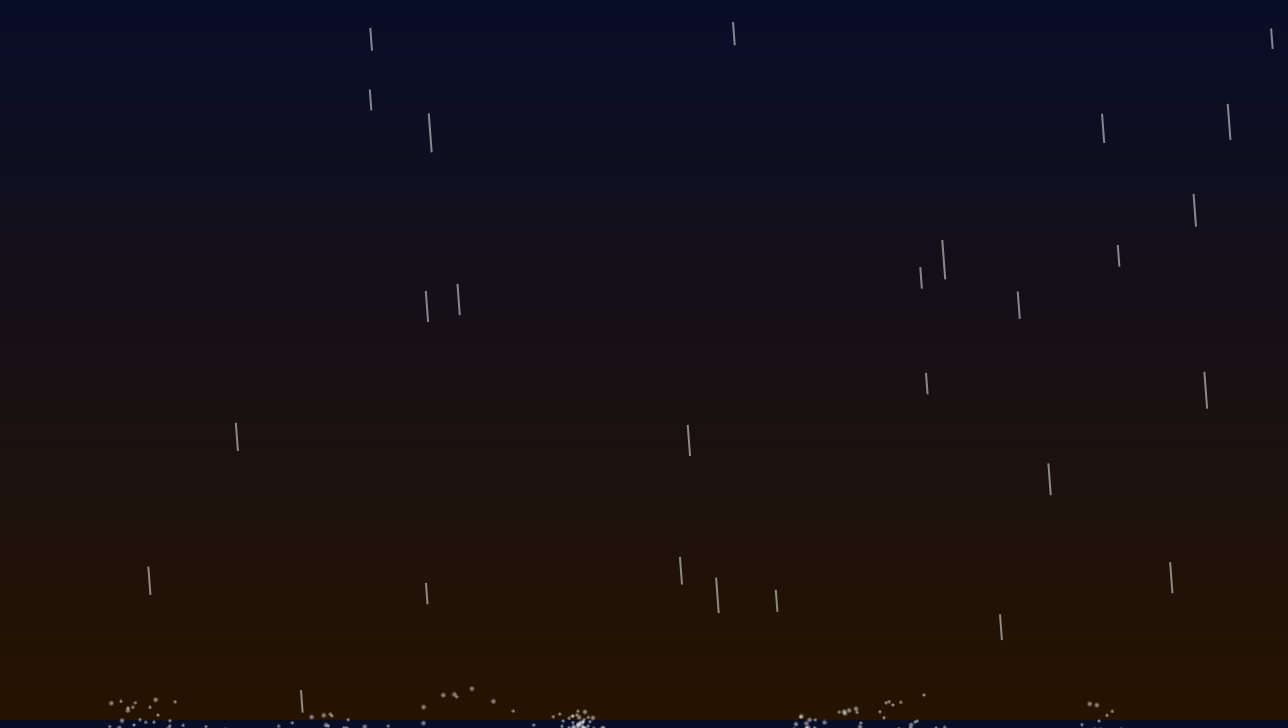
Repository: lucasthaynan/chuvas-estadao
Page: index.html
An editor plug-in stored every save of this project. The page is shown before and after the next save, followed by the edit.
The browser window is 1280 px wide. The page is 1288 px wide, so the pictures cover 1288 px, including what lies to the right of the window. The pictures show the whole page.

Above is the page before, as saved 2023-02-23 18:20:20.
Console error: ReferenceError: dat is not defined

### index.html
<!DOCTYPE html>
<html lang="en">
<head>
    <meta charset="UTF-8">
    <meta http-equiv="X-UA-Compatible" content="IE=edge">
    <meta name="viewport" content="width=device-width, initial-scale=1.0">
    <link rel="stylesheet" href="./style.css">
    <title>Document</title>
</head>
<body>

    <div id="instructions"></div>
    <canvas id="canvas">Canvas is not supported in your browser</canvas>

    <script src="./main.js"></script>
</body>
</html>

### style.css
html, body, canvas, #instructions {
	position: absolute;
	width: 100%;
	height: 100%;
}
body {
background: -moz-linear-gradient(top,  rgba(8,13,40,1) 0%, rgba(38,19,0,1) 100%); /* FF3.6-15 */
background: linear-gradient(to bottom,  rgb(37 46 93) 0%,hsl(242deg 80% 60% / 93%) 100%);
background: -webkit-linear-gradient(top,  rgba(8,13,40,1) 0%,rgba(38,19,0,1) 100%); /* Chrome10-25,Safari5.1-6 */
/* background: linear-gradient(to bottom,  rgba(8,13,40,1) 0%,rgba(38,19,0,1) 100%); W3C, IE10+, FF16+, Chrome26+, Opera12+, Safari7+ */
}

#instructions {
	opacity: 1;
	transition: opacity 2s;
	background-repeat: no-repeat;
	background-position: center center;
	background-size: contain;
	/* background-image: url(data:[embedded picture, 1818 characters]);
	 */
	@media (max-height: 400px) {
		display: none;
	}
}

### main.js
// Falling rain simulation using 2D canvas
// - vanilla JS, no frameworks
// - framerate independent physics
// - slow-mo / fast-forward support via demo.speed
// - supports high-DPI screens
// - falling rain particles are drawn as vector lines
// - splash particles are lazily pre-rendered so gradients aren't computed each frame
// - all particles make use of object pooling to further boost performance

// initialize
document.addEventListener("DOMContentLoaded", function() {
	demo.init();
	window.addEventListener('resize', demo.resize);
});

// demo namespace
var demo = {
	// CUSTOMIZABLE PROPERTIES
	// - physics speed multiplier: allows slowing down or speeding up simulation
	speed: 1,
	// - color of particles
	color: {
		r: '255',
		g: '255',
		b: '255',
		a: '0.5'
	},

	// END CUSTOMIZATION
	// whether demo is running
	started: false,
	// canvas and associated context references
	canvas: null,
	ctx: null,
	// viewport dimensions (DIPs)
	width: 0,
	height: 0,
	// devicePixelRatio alias (should only be used for rendering, physics shouldn't care)
	dpr: window.devicePixelRatio || 1,
	// time since last drop
	drop_time: 0,
	// ideal time between drops (changed with mouse/finger)
	drop_delay: 25,
	// wind applied to rain (changed with mouse/finger)
	wind: 2,
	// color of rain (set in init)
	rain_color: null,
	rain_color_clear: null,
	// rain particles
	rain: [],
	rain_pool: [],
	// rain droplet (splash) particles
	drops: [],
	drop_pool: []
};

// demo initialization (should only run once)
demo.init = function() {
	if (!demo.started) {
		demo.started = true;
		demo.canvas = document.getElementById('canvas');
		demo.ctx = demo.canvas.getContext('2d');
		var c = demo.color;
		demo.rain_color = 'rgba(' + c.r + ',' + c.g + ',' + c.b + ',' + c.a + ')';
		demo.rain_color_clear = 'rgba(' + c.r + ',' + c.g + ',' + c.b + ',0)';
		demo.resize();
		Ticker.addListener(demo.step);

		//
		const gui = new dat.GUI();
		gui.add(demo, 'speed', 0.2, 2);

		// fade out instructions after a few seconds
		var instructions = document.getElementById('instructions');
		setTimeout(function() {
			instructions.style.opacity = 0;
			setTimeout(function(){
				instructions.parentNode.removeChild(instructions);
			}, 2000);
		}, 4000);
	}
}

// (re)size canvas (clears all particles)
demo.resize = function() {
	// localize common references
	var rain = demo.rain;
	var drops = demo.drops;
	// recycle particles
	for (var i = rain.length - 1; i >= 0; i--) {
			rain.pop().recycle();
	}
	for (var i = drops.length - 1; i >= 0; i--) {
			drops.pop().recycle();
	}
	// resize
	demo.width = window.innerWidth;
	demo.height = window.innerHeight;
	demo.canvas.width = demo.width * demo.dpr;
	demo.canvas.height = demo.height * demo.dpr;
}

demo.step = function(time, lag) {
	// localize common references
	var demo = window.demo;
	var speed = demo.speed;
	var width = demo.width;
	var height = demo.height;
	var wind = demo.wind;
	var rain = demo.rain;
	var rain_pool = demo.rain_pool;
	var drops = demo.drops;
	var drop_pool = demo.drop_pool;

	// multiplier for physics
	var multiplier = speed * lag;

	// spawn drops
	demo.drop_time += time * speed;
	while (demo.drop_time > demo.drop_delay) {
		demo.drop_time -= demo.drop_delay;
		var new_rain = rain_pool.pop() || new Rain();
		new_rain.init();
		var wind_expand = Math.abs(height / new_rain.speed * wind); // expand spawn width as wind increases
		var spawn_x = Math.random() * (width + wind_expand);
		if (wind > 0) spawn_x -= wind_expand;
		new_rain.x = spawn_x;
		rain.push(new_rain);
	}

	// rain physics
	for (var i = rain.length - 1; i >= 0; i--) {
		var r = rain[i];
		r.y += r.speed * r.z * multiplier;
		r.x += r.z * wind * multiplier;
		// remove rain when out of view
		if (r.y > height) {
			// if rain reached bottom of view, show a splash
			r.splash();
		}
		// recycle rain
		if (r.y > height + Rain.height * r.z || (wind < 0 && r.x < wind) || (wind > 0 && r.x > width + wind)) {
			r.recycle();
			rain.splice(i, 1);
		}
	}

	// splash drop physics
	var drop_max_speed = Drop.max_speed;
	for (var i = drops.length - 1; i >= 0; i--) {
		var d = drops[i];
		d.x += d.speed_x * multiplier;
		d.y += d.speed_y * multiplier;
		// apply gravity - magic number 0.3 represents a faked gravity constant
		d.speed_y += 0.3 * multiplier;
		// apply wind (but scale back the force)
		d.speed_x += wind / 25 * multiplier;
		if (d.speed_x < -drop_max_speed) {
			d.speed_x = -drop_max_speed;
		}else if (d.speed_x > drop_max_speed) {
			d.speed_x = drop_max_speed;
		}
		// recycle
		if (d.y > height + d.radius) {
			d.recycle();
			drops.splice(i, 1);
		}
	}

	demo.draw();
}

demo.draw = function() {
	// localize common references
	var demo = window.demo;
	var width = demo.width;
	var height = demo.height;
	var dpr = demo.dpr;
	var rain = demo.rain;
	var drops = demo.drops;
	var ctx = demo.ctx;

	// start fresh
	ctx.clearRect(0, 0, width*dpr, height*dpr);

	// draw rain (trace all paths first, then stroke once)
	ctx.beginPath();
	var rain_height = Rain.height * dpr;
	for (var i = rain.length - 1; i >= 0; i--) {
		var r = rain[i];
		var real_x = r.x * dpr;
		var real_y = r.y * dpr;
		ctx.moveTo(real_x, real_y);
		// magic number 1.5 compensates for lack of trig in drawing angled rain
		ctx.lineTo(real_x - demo.wind * r.z * dpr * 1.5, real_y - rain_height * r.z);
	}
	ctx.lineWidth = Rain.width * dpr;
	ctx.strokeStyle = demo.rain_color;
	ctx.stroke();

	// draw splash drops (just copy pre-rendered canvas)
	for (var i = drops.length - 1; i >= 0; i--) {
		var d = drops[i];
		var real_x = d.x * dpr - d.radius;
		var real_y = d.y * dpr - d.radius;
		ctx.drawImage(d.canvas, real_x, real_y);
	}
}


// Rain definition
function Rain() {
	this.x = 0;
	this.y = 0;
	this.z = 0;
	this.speed = 25;
	this.splashed = false;
}
Rain.width = 2;
Rain.height = 40;
Rain.prototype.init = function() {
	this.y = Math.random() * -100;
	this.z = Math.random() * 0.5 + 0.5;
	this.splashed = false;
}
Rain.prototype.recycle = function() {
	demo.rain_pool.push(this);
}
// recycle rain particle and create a burst of droplets
Rain.prototype.splash = function() {
	if (!this.splashed) {
		this.splashed = true;
		var drops = demo.drops;
		var drop_pool = demo.drop_pool;

		for (var i=0; i<16; i++) {
			var drop = drop_pool.pop() || new Drop();
			drops.push(drop);
			drop.init(this.x);
		}
	}
}


// Droplet definition
function Drop() {
	this.x = 0;
	this.y = 0;
	this.radius = Math.round(Math.random() * 2 + 1) * demo.dpr;
	this.speed_x = 0;
	this.speed_y = 0;
	this.canvas = document.createElement('canvas');
	this.ctx = this.canvas.getContext('2d');

	// render once and cache
	var diameter = this.radius * 2;
	this.canvas.width = diameter;
	this.canvas.height = diameter;

	var grd = this.ctx.createRadialGradient(this.radius, this.radius , 1, this.radius, this.radius, this.radius);
	grd.addColorStop(0, demo.rain_color);
	grd.addColorStop(1, demo.rain_color_clear);
	this.ctx.fillStyle = grd;
	this.ctx.fillRect(0, 0, diameter, diameter);
}

Drop.max_speed = 5;

Drop.prototype.init = function(x) {
	this.x = x;
	this.y = demo.height;
	var angle = Math.random() * Math.PI - (Math.PI * 0.5);
	var speed = Math.random() * Drop.max_speed;
	this.speed_x = Math.sin(angle) * speed;
	this.speed_y = -Math.cos(angle) * speed;
}
Drop.prototype.recycle = function() {
	demo.drop_pool.push(this);
}




// handle interaction
demo.mouseHandler = function(evt) {
	demo.updateCursor(evt.clientX, evt.clientY);
}
demo.touchHandler = function(evt) {
	evt.preventDefault();
	var touch = evt.touches[0];
	demo.updateCursor(touch.clientX, touch.clientY);
}
demo.updateCursor = function(x, y) {
	x /= demo.width;
	y /= demo.height;
	var y_inverse = (1 - y);

	demo.drop_delay = y_inverse*y_inverse*y_inverse * 100 + 2;
	demo.wind = (x - 0.5) * 50;
}

document.addEventListener('mousemove', demo.mouseHandler);
document.addEventListener('touchstart', demo.touchHandler);
document.addEventListener('touchmove', demo.touchHandler);



// Frame ticker helper module
var Ticker = (function(){
	var PUBLIC_API = {};

	// public
	// will call function reference repeatedly once registered, passing elapsed time and a lag multiplier as parameters
	PUBLIC_API.addListener = function addListener(fn) {
		if (typeof fn !== 'function') throw('Ticker.addListener() requires a function reference passed in.');

		listeners.push(fn);

		// start frame-loop lazily
		if (!started) {
			started = true;
			queueFrame();
		}
	};

	// private
	var started = false;
	var last_timestamp = 0;
	var listeners = [];
	// queue up a new frame (calls frameHandler)
	function queueFrame() {
		if (window.requestAnimationFrame) {
			requestAnimationFrame(frameHandler);
		} else {
			webkitRequestAnimationFrame(frameHandler);
		}
	}
	function frameHandler(timestamp) {
		var frame_time = timestamp - last_timestamp;
		last_timestamp = timestamp;
		// make sure negative time isn't reported (first frame can be whacky)
		if (frame_time < 0) {
			frame_time = 17;
		}
		// - cap minimum framerate to 15fps[~68ms] (assuming 60fps[~17ms] as 'normal')
		else if (frame_time > 68) {
			frame_time = 68;
		}

		// fire custom listeners
		for (var i = 0, len = listeners.length; i < len; i++) {
			listeners[i].call(window, frame_time, frame_time / 16.67);
		}

		// always queue another frame
		queueFrame();
	}

	return PUBLIC_API;
}());

After the next save:
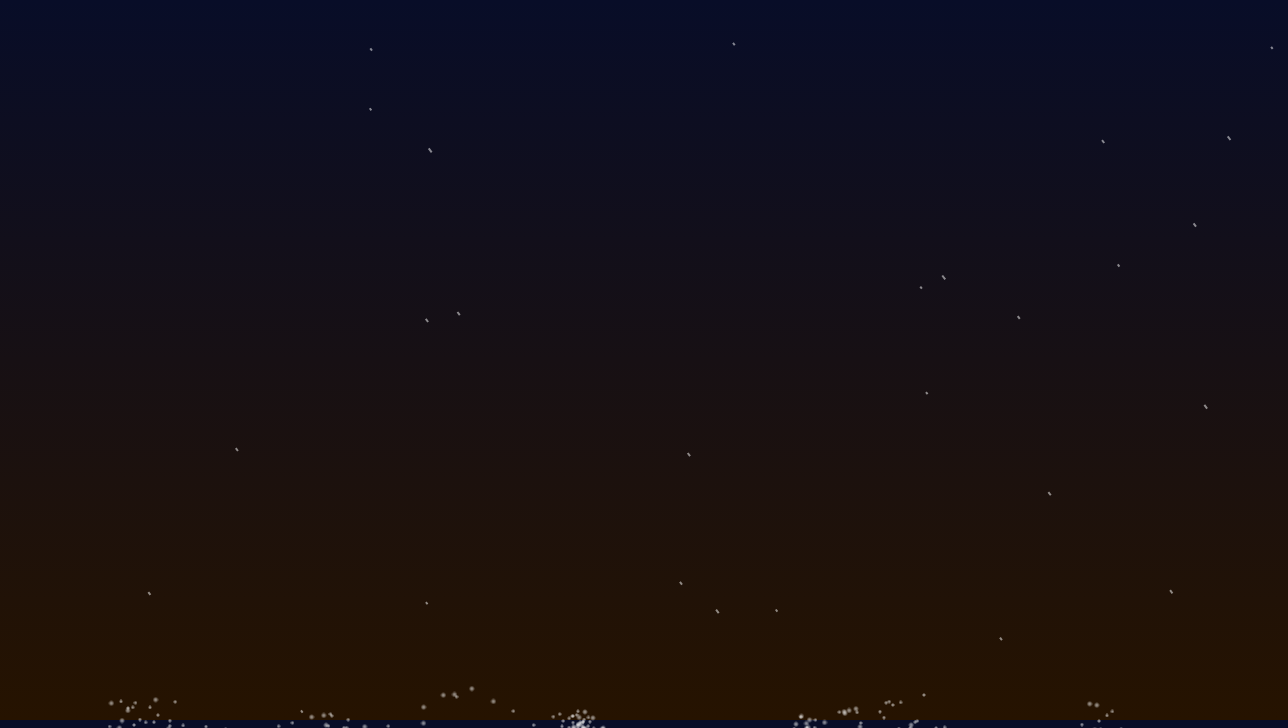
Saved 5 s later.
--- a/main.js
+++ b/main.js
@@ -217,7 +217,7 @@ function Rain() {
 	this.splashed = false;
 }
 Rain.width = 2;
-Rain.height = 40;
+Rain.height = 4;
 Rain.prototype.init = function() {
 	this.y = Math.random() * -100;
 	this.z = Math.random() * 0.5 + 0.5;
